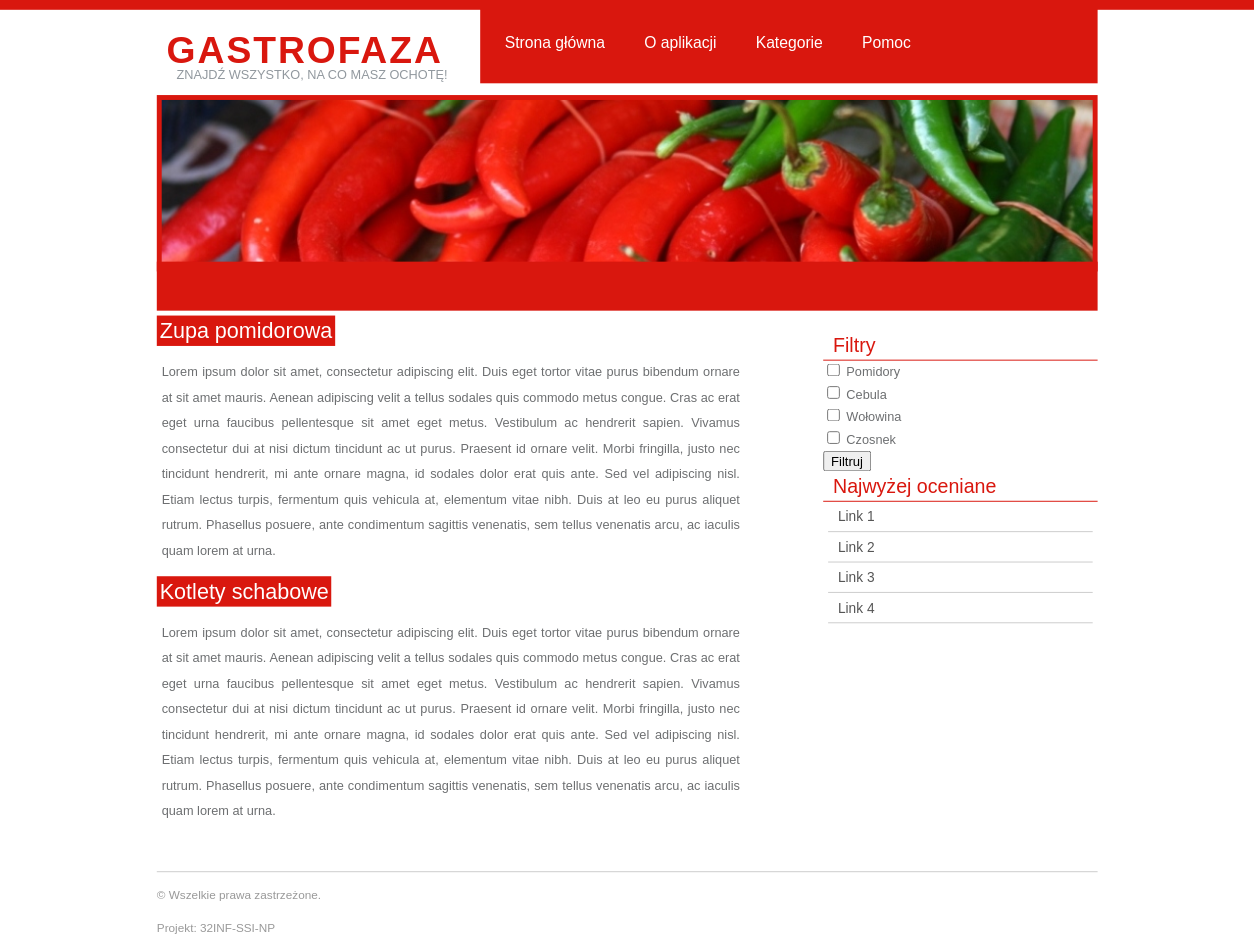
Repository: Michals1988/GroupProject
Page: index.html
These files come from the project's save history. The page is drawn as it stood at one moment and after the next save; the edit follows.
The browser window is 1280 px wide. The pictures show the whole page, at 98% of full size.

Above is the page before, as saved 2020-10-25 17:32:57.

### index.html
<!DOCTYPE html
    PUBLIC "-//W3C//DTD XHTML 1.0 Transitional//EN" "http://www.w3.org/TR/xhtml1/DTD/xhtml1-transitional.dtd">
<html xmlns="http://www.w3.org/1999/xhtml">

<head>
    <meta http-equiv="Content-Type" content="text/html; charset=utf-8" />
    <title>Gastrofaza</title>

    <link rel="stylesheet" type="text/css" href="css/style.css" />

</head>

<body>

    <div id="wrapper">
        <div id="logo">
            <a href="#">
                <h1>Gastrofaza</h1>
                <p>Znajdź wszystko, na co masz ochotę!</p>
            </a>
        </div>
        <div id="menu">
            <ul>
                <li><a href="#">Strona główna</a></li>
                <li><a href="#">O aplikacji</a></li>
                <li><a href="#">Kategorie</a></li>
                <li><a href="#">Pomoc</a></li>
            </ul>
            <div id="search_top">
                <input type="text" value="Szukaj przepisu" />
            </div>
        </div>
        <div id="header">
            <img src="images/header.jpg" />
        </div>
        <div id="menu_top">
            <div id="container">
                <div id="content">
                    <span class="content_title">Zupa pomidorowa</span>
                    <p>
                        Lorem ipsum dolor sit amet, consectetur adipiscing elit. Duis eget tortor vitae purus bibendum
                        ornare at sit amet mauris. Aenean adipiscing velit a tellus sodales quis commodo metus congue.
                        Cras ac erat eget urna faucibus pellentesque sit amet eget metus. Vestibulum ac hendrerit
                        sapien. Vivamus consectetur dui at nisi dictum tincidunt ac ut purus. Praesent id ornare velit.
                        Morbi fringilla, justo nec tincidunt hendrerit, mi ante ornare magna, id sodales dolor erat quis
                        ante. Sed vel adipiscing nisl. Etiam lectus turpis, fermentum quis vehicula at, elementum vitae
                        nibh. Duis at leo eu purus aliquet rutrum. Phasellus posuere, ante condimentum sagittis
                        venenatis, sem tellus venenatis arcu, ac iaculis quam lorem at urna.
                    </p>
                    <span class="content_title">Kotlety schabowe</span>
                    <p>
                        Lorem ipsum dolor sit amet, consectetur adipiscing elit. Duis eget tortor vitae purus bibendum
                        ornare at sit amet mauris. Aenean adipiscing velit a tellus sodales quis commodo metus congue.
                        Cras ac erat eget urna faucibus pellentesque sit amet eget metus. Vestibulum ac hendrerit
                        sapien. Vivamus consectetur dui at nisi dictum tincidunt ac ut purus. Praesent id ornare velit.
                        Morbi fringilla, justo nec tincidunt hendrerit, mi ante ornare magna, id sodales dolor erat quis
                        ante. Sed vel adipiscing nisl. Etiam lectus turpis, fermentum quis vehicula at, elementum vitae
                        nibh. Duis at leo eu purus aliquet rutrum. Phasellus posuere, ante condimentum sagittis
                        venenatis, sem tellus venenatis arcu, ac iaculis quam lorem at urna.
                    </p>
                </div>
                <div id="sidebar">
                    <div class="sidebar_title">Filtry</div>
                    <div class="input_wrapper">
                        <input type="checkbox">
                        <label for="">Pomidory</label>
                    </div>
                    <div class="input_wrapper">
                        <input type="checkbox">
                        <label for="">Cebula</label>
                    </div>
                    <div class="input_wrapper">
                        <input type="checkbox">
                        <label for="">Wołowina</label>
                    </div>
                    <div class="input_wrapper">
                        <input type="checkbox">
                        <label for="">Czosnek</label>
                    </div>
                    <button id="filter_button">Filtruj</button>
                    <div class="sidebar_title">Najwyżej oceniane</div>
                    <ul>
                        <li><a href="#">Link 1</a></li>
                        <li><a href="#">Link 2</a></li>
                        <li><a href="#">Link 3</a></li>
                        <li><a href="#">Link 4</a></li>
                    </ul>
                </div>
            </div>
            <div id="foot">
                <p>&copy Wszelkie prawa zastrzeżone. <p>Projekt: 32INF-SSI-NP</p>
            </div>
        </div>
</body>

</html>

### css/style.css
body {
	font-family: Arial, Helvetica, sans-serif;
	font-size: 13px;
	color: #6d6f71;
	text-align: center;
	background: url(../images/bg.png) repeat-x;
}

#wrapper {
	width: 960px;
	margin: 15px auto;
	text-align: left;
}

a {
	color: #d9170e;
	text-decoration: none;
}

a:hover {
	text-decoration: underline;
}

#logo {
	float: left;
	margin-left: 10px;
	margin-top: -10px;
	padding: 0;
}

#logo a,
#logo a:hover {
	text-decoration: none;
}

#logo h1 {
	font-size: 38px;
	font-weight: bold;
	text-transform: uppercase;
	letter-spacing: 2px;
	color: #d9170e;
	font-family: Arial, Helvetica, sans-serif;
}

#logo p {
	font-size: 13px;
	color: #91989e;
	text-transform: uppercase;
	margin-top: -30px;
	padding-left: 10px;
}

#menu {
	width: 630px;
	height: 80px;
	float: right;
	margin-top: -10px;
	margin-left: 20px;
	background: url(../images/bg.png);
}

#menu ul {
	list-style: none;
	margin: 0;
	padding: 5px 5px 5px 5px;
}

#menu li {
	display: block;
	float: left;
}

#menu a {
	color: #fff;
	font-size: 16px;
	display: block;
	float: left;
	margin-top: -5px;
	padding: 30px 20px 20px 20px;
	text-decoration: none;
}

#menu a:hover {
	background: #fff;
	color: #d9170e;

}

#search_top {
	float: right;
	margin-right: 30px;
	padding-top: 20px;
}

#search_top input {
	padding: 5px;
	border: 0px;
}

#header {
	float: left;
	width: 960px;
	height: 175px;
	background: url(../images/bg.png);
	text-align: center;
	padding-top: 5px;
}

#title_head {
	float: left;
	padding-top: 30px;
	padding-left: 550px;
	color: #333333;
	font-size: 24px;
}

#menu_top {
	width: 960px;
	height: 50px;
	float: left;
	margin-top: -10px;
	background: url(../images/bg.png);
}

#menu_top a {
	color: #fff;
	font-size: 16px;
	display: block;
	float: left;
	padding: 10px 10px 10px 10px;
	text-decoration: none;
}

#menu_top a:hover {
	background: #fff;
	color: #d9170e;
}

#container {
	float: left;
	margin-bottom: 30px;
	margin-top: 60px;
	width: 960px;
}

#content {
	float: left;
	width: 600px;
	text-align: justify;
	line-height: 22px;
}

#content p {
	text-align: justify;
	line-height: 26px;
	padding: 5px;
}

.content_title {
	padding: 3px;
	font-size: 22px;
	font-weight: normal;
	color: #FFF;
	background: url(../images/bg.png);
}

h2 {
	font-size: 20px;
	font-weight: normal;
	color: #6d8b44;
}

#sidebar {
	float: right;
	width: 280px;
	line-height: 22px;
	text-align: justify;
	margin-top: 10px;
}

#sidebar ul {
	list-style: none;
	margin: 0;
	padding: 5px 5px 5px 5px;
}

#sidebar li {
	display: block;
	float: left;
	width: 270px;
	border-bottom: 1px solid #CCC;
}

#sidebar a {
	color: #555;
	font-size: 14px;
	display: block;
	float: left;
	padding: 4px 0px 4px 10px;
	text-decoration: none;

}

#sidebar a:hover {
	color: #d9170e;
	margin-left: 10px;
	-webkit-border-radius: 5px;
	-khtml-border-radius: 5px;
	-moz-border-radius: 5px;
	border-radius: 5px;
}

.sidebar_title {
	width: 270px;
	font-size: 20px;
	font-weight: normal;
	color: #d9170e;
	float: left;
	padding: 4px 0px 4px 10px;
	border-bottom: 1px solid #d9170e;
}

#sidebar p {
	padding: 5px;
}

#foot {
	width: 960px;
	float: left;
	border-top: 1px solid #CCC;
	font-size: 12px;
	color: #999;
	line-height: 22px;
	padding: 0;
	margin: 0;
}

#foot a {
	font-size: 12px;
	color: #d9170e;
	padding: 0;
	margin: 0;
}

After the next save:
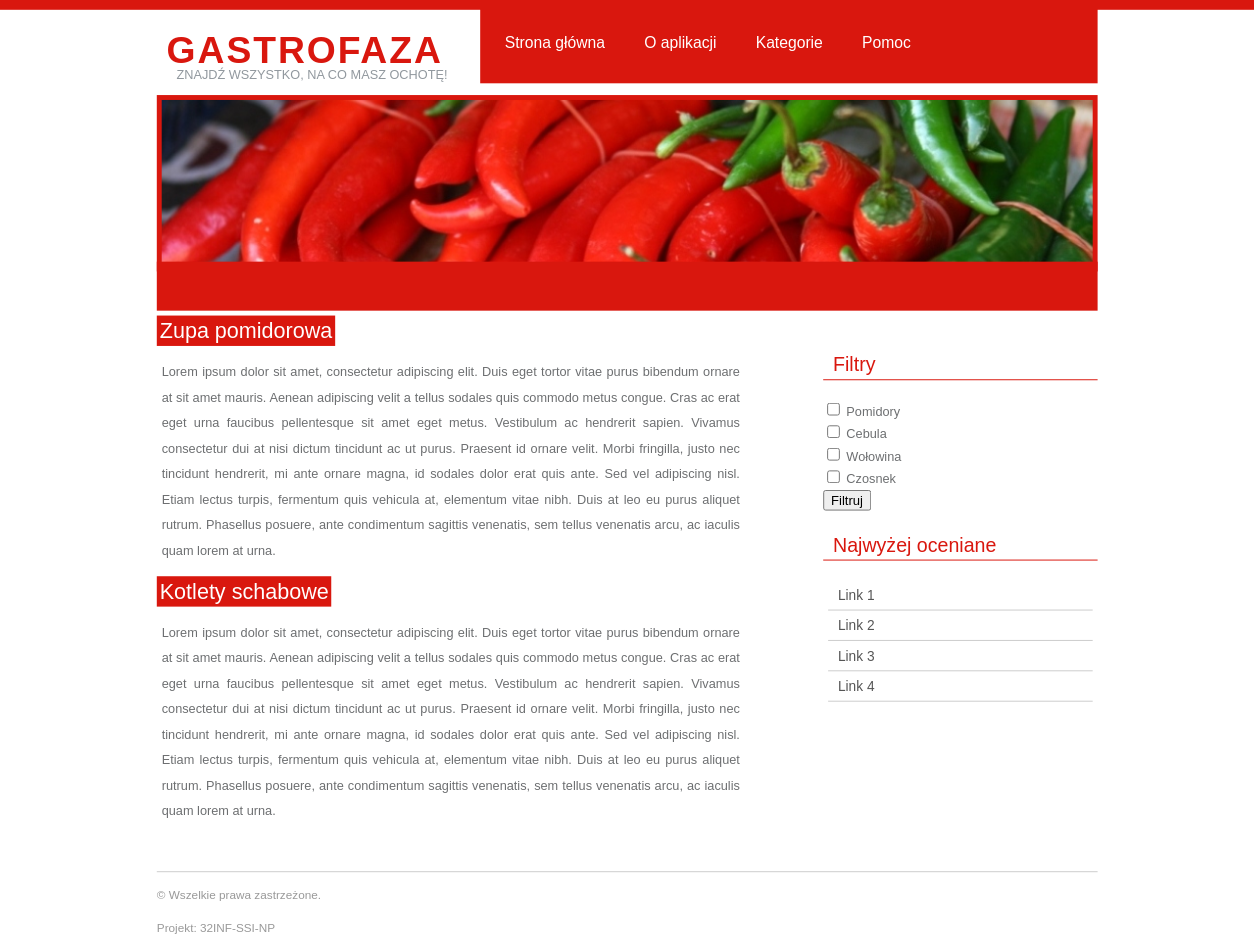
Saved 38 s later.
--- a/css/style.css
+++ b/css/style.css
@@ -211,6 +211,7 @@ h2 {
 }
 
 .sidebar_title {
+	margin: 20px auto;
 	width: 270px;
 	font-size: 20px;
 	font-weight: normal;
